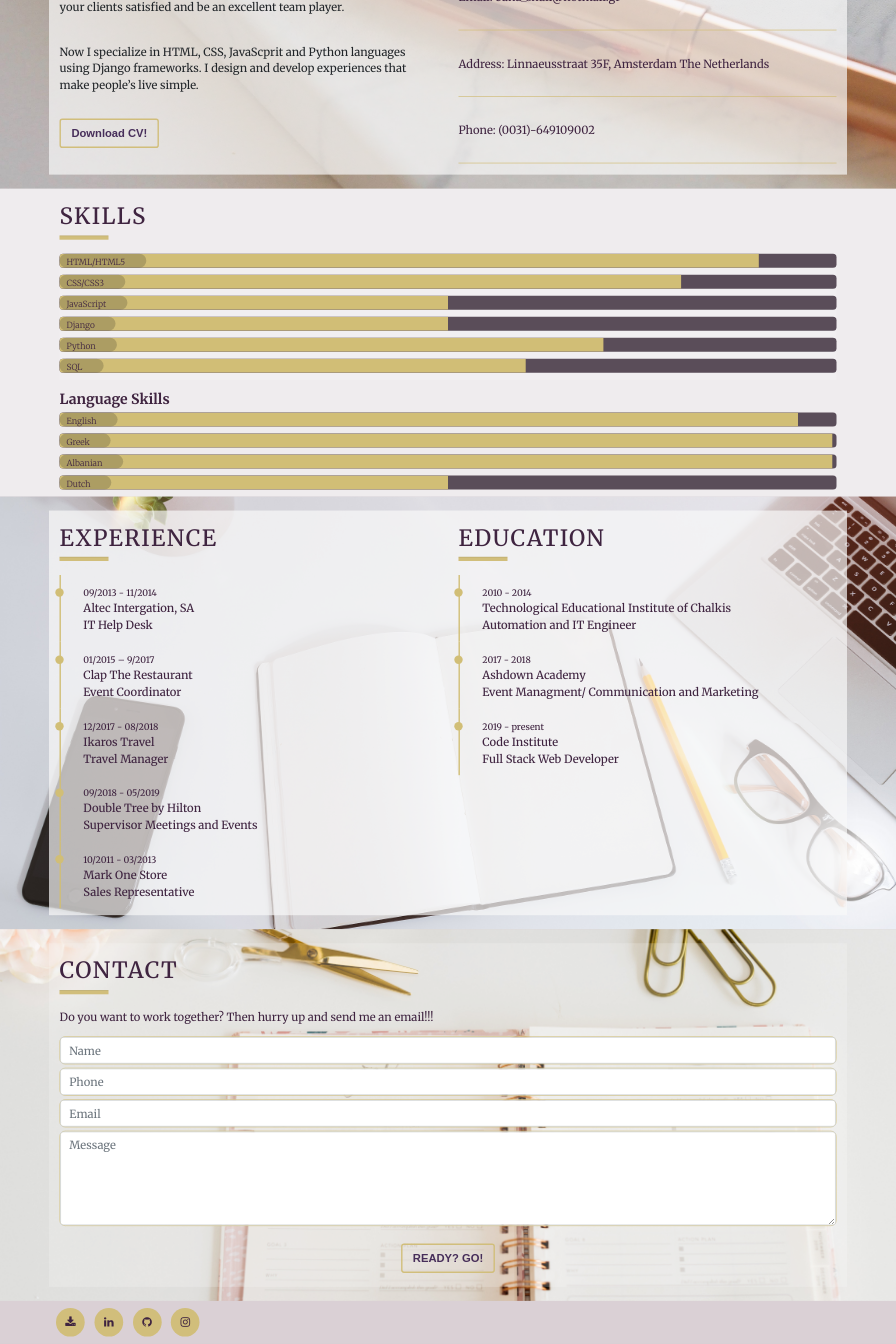
Repository: edshuli/Portfolio
Page: index.html
The author's editor kept a record of every edit. The page is drawn from the files as they stood at one moment, then again after the next edit.
The browser window is 1280 px wide. The pictures show the part of the page from y = 968 to 2888 px (the page is 2888 px tall before and 2792 px after), at 70% of full size.
Backgrounds fixed to the window are drawn as part of the page. Some web fonts or font styles are not loaded; a fallback is used.

Above is the page before.

### index.html
<!DOCTYPE html>
<html lang="en">

<head>
    <meta charset="UTF-8">
    <meta name="viewport" content="width=device-width, initial-scale=1.0">
    <meta http-equiv="X-UA-Compatible" content="ie=edge">
    <link rel="stylesheet" href="https://stackpath.bootstrapcdn.com/bootstrap/4.3.1/css/bootstrap.min.css" type="text/css" />
    <link rel="stylesheet" href="https://maxcdn.bootstrapcdn.com/font-awesome/4.7.0/css/font-awesome.min.css" type="text/css" />
    <link rel="stylesheet" href="https://cdnjs.cloudflare.com/ajax/libs/hover.css/2.3.1/css/hover-min.css" type="text/css" />
    <link rel="stylesheet" href="assets/css/style.css" type="text/css" />
    <title>Edna Shuli - Full Stack Web Developer</title>
</head>

<body>
    <!-- NAVBAR -->
    <div class="container-fluid navbar-menu">
        <div class="row">
            <div class="col-12">
                <nav class="navbar navbar-expand-sm fixed-top navbar-light ">
                    <a href="index.html" class="navbar-brand">Ed.Sh</a>
                    <button class="navbar-toggler" type="button" data-toggle="collapse" data-target="#menuDropdown" aria-controls="menuDropdown" aria-expanded="false" aria-label="Toggle navigation">
           <span class="navbar-toggler-icon"></span>
       </button>

                    <div id="menuDropdown" class="navbar-collapse collapse">
                        <ul class="navbar-nav mr-auto">
                            <li><a class="nav-link text-uppercase" href="#about">about</a></li>
                            <li><a class="nav-link text-uppercase" href="#skills">skills</a></li>
                            <li><a class="nav-link text-uppercase" href="#experience">experience</a></li>
                            <li><a class="nav-link text-uppercase" href="#contact">contact</a></li>
                            <li><a class="nav-link text-uppercase" target="_blank" href="assets/cv/Edna-Shuli-Curriculum-Vitae.pdf">cv</a></li>
                        </ul>
                    </div>
            </div>
        </div>
        </nav>
    </div>

    <!-- HOMEPAGE/JUMBOTRON -->

    <div class="container-fluid homepage-container ">
        <div class="row">
            <div class="col">
                <div class="jumbotron ">
                    <h1 class="header">Hi! I'm </br><span class="name">
            Edna Shuli</span></h1>
                    <p class="title">Full Stack Web Developer</p>
                </div>
            </div>
        </div>
    </div>



    <!-- ABOUT -->

    <section class="aboutme" id="about">
        <div class="container aboutme-container">
            <div class="row">
                <div class="col-md-6 about-container">
                    <h2 class="text-uppercase">About</h2>
                    <hr class="title-divider">
                    <div class="aboutitem">
                        <p>Hello there! I am Edna Shuli, currently studying Full Stack Web Development at Code Institute. My passion for IT and my desire to work in a field where I can combine both IT and creativity lead me this position. During the past
                            years I have done a lot of different jobs and from which one of them I learned something new such as how to deal with customers, how to be proactive, keep up with deadlines, keep your clients satisfied and be an excellent team
                            player.
                        </p>
                        </br>
                        <p>Now I specialize in HTML, CSS, JavaScprit and Python languages using Django frameworks. I design and develop experiences that make people’s live simple.

                        </p>
                    </div>
                    <a href="assets/cv/Edna-Shuli-Curriculum-Vitae.pdf" download><button class="btn" >Download CV!</button></a>
                </div>
                <div class="col-md-6 personalinfo-container">
                    <div class="personal-info">
                        <h2 class="uppercase">Personal Info</h2>
                        <hr class="title-divider">
                        <ul>
                            <li>Name: Edna Shuli</li>
                            <li>Email: <a href="mailto:edna_shhuli@hotmail.gr">edna_shuli@hotmail.gr</a></li>
                            <li>Address: Linnaeusstraat 35F, Amsterdam The Netherlands</li>
                            <li>Phone: (0031)-649109002</li>
                        </ul>
                    </div>
                </div>
            </div>
        </div>
    </section>



    <!-- Skills -->

    <section class="skills" id="skills">
        <div class="container skills-container">
            <div class="row">
                <div class="col">
                    <h2 class="text-uppercase">Skills</h2>
                    <hr class="title-divider">
                </div>
            </div>
            <div class="skills-item-container">
                <div class="row ">
                    <div class="col">
                        <div class="progress">
                            <div class="progress-bar" role="progressbar" aria-valuenow="90" aria-valuemin="0" aria-valuemax="100" style="width:90%">
                                <span class="sr-only">90% complete</span>
                            </div>
                            <span class="progress-item">HTML/HTML5</span>
                        </div>

                        <div class="progress">
                            <div class="progress-bar" role="progressbar" aria-valuenow="80" aria-valuemin="0" aria-valuemax="100" style="width:80%">
                                <span class="sr-only">80% complete</span>
                            </div>
                            <span class="progress-item">CSS/CSS3</span>
                        </div>

                        <div class="progress">
                            <div class="progress-bar" role="progressbar" aria-valuenow="50" aria-valuemin="0" aria-valuemax="100" style="width:50%">
                                <span class="sr-only">50% complete</span>
                            </div>
                            <span class="progress-item">JavaScript</span>
                        </div>

                        <div class="progress">
                            <div class="progress-bar" role="progressbar" aria-valuenow="50" aria-valuemin="0" aria-valuemax="100" style="width:50%">
                                <span class="sr-only">50% complete</span>
                            </div>
                            <span class="progress-item">Django</span>
                        </div>

                        <div class="progress">
                            <div class="progress-bar" role="progressbar" aria-valuenow="70" aria-valuemin="0" aria-valuemax="100" style="width:70%">
                                <span class="sr-only">70% complete</span>
                            </div>
                            <span class="progress-item">Python</span>
                        </div>

                        <div class="progress">
                            <div class="progress-bar" role="progressbar" aria-valuenow="60" aria-valuemin="0" aria-valuemax="100" style="width:60%">
                                <span class="sr-only">60% complete</span>
                            </div>
                            <span class="progress-item">SQL</span>
                        </div>
                    </div>
                </div>
            </div>
            <div class="language-container">
                <div class="row">
                    <div class="col">
                        <h3>Language Skills</h3>
                        <div class="progress">
                            <div class="progress-bar" role="progressbar" aria-valuenow="95" aria-valuemin="0" aria-valuemax="100" style="width:95%">
                                <span class="sr-only">95% complete</span>
                            </div>
                            <span class="progress-item">English</span>
                        </div>
                        <div class="progress">
                            <div class="progress-bar" role="progressbar" aria-valuenow="99.5" aria-valuemin="0" aria-valuemax="100" style="width:99.5%">
                                <span class="sr-only">99.5% complete</span>
                            </div>
                            <span class="progress-item">Greek</span>
                        </div>

                        <div class="progress">
                            <div class="progress-bar" role="progressbar" aria-valuenow="99.5" aria-valuemin="0" aria-valuemax="100" style="width:99.5%">
                                <span class="sr-only">99.5% complete</span>
                            </div>
                            <span class="progress-item">Albanian</span>
                        </div>

                        <div class="progress">
                            <div class="progress-bar" role="progressbar" aria-valuenow="50" aria-valuemin="0" aria-valuemax="100" style="width:50%">
                                <span class="sr-only">50% complete</span>
                            </div>
                            <span class="progress-item">Dutch</span>
                        </div>
                    </div>
                </div>
            </div>
        </div>
    </section>



    <!-- Experience/Education -->

    <section class="info" id="experience">
        <div class="container container-info">
            <div class="row">
                <div class="col-md-6 experience-container">
                    <h2 class="text-uppercase history-heading">Experience</h2>
                    <hr class="title-divider">
                    <div class="history-items">

                        <div class="timeline-item" data-dates="09/2013 - 11/2014">
                            <h7>Altec Intergation, SA</h7>
                            <p>IT Help Desk</p>
                        </div>
                        <div class="timeline-item" data-dates="01/2015 – 9/2017">
                            <h7>Clap The Restaurant</h7>
                            <p>Event Coordinator</p>
                        </div>
                        <div class="timeline-item" data-dates="12/2017 - 08/2018">
                            <h7>Ikaros Travel</h7>
                            <p>Travel Manager</p>
                        </div>
                        <div class="timeline-item" data-dates="09/2018  - 05/2019">
                            <h7>Double Tree by Hilton</h7>
                            <p>Supervisor Meetings and Events</p>
                        </div>
                        <div class="timeline-item" data-dates="10/2011 - 03/2013">
                            <h7>Mark One Store</h7>
                            <p>Sales Representative</p>
                        </div>
                    </div>
                </div>
                <div class="col-md-6 education-container">
                    <h2 class="text-uppercase edu-heading">Education</h2>
                    <hr class="title-divider">
                    <div class="edu-history">
                        <div class="timeline-item" data-dates="2010 - 2014">
                            <h7>Technological Educational Institute of Chalkis </h7>
                            <p>Automation and IT Engineer</p>
                        </div>
                        <div class="timeline-item" data-dates="2017 - 2018">
                            <h7>Ashdown Academy</h7>
                            <p>Event Managment/ Communication and Marketing</p>
                        </div>
                        <div class="timeline-item" data-dates="2019 - present">
                            <h7>Code Institute</h7>
                            <p>Full Stack Web Developer</p>
                        </div>
                    </div>
                </div>
            </div>
        </div>
    </section>



    <!-- Contact -->

    <section class="contact" id="contact">
        <div class="container contact-container ">
            <div class="row contact-form">
                <div class="col position-contact">
                    <h2 class="text-uppercase">Contact</h2>
                    <hr class="title-divider">
                    <p class="contact-text">Do you want to work together? Then hurry up and send me an email!!!</p>
                    <div class="center-form">
                        <form>
                            <div class="contact-item">
                                <input type="text" name="name" id="fullname" class="form-control" placeholder="Name" required/>
                            </div>
                            <div class="contact-item">
                                <input type="text" name="phone" id="phonenumber" class="form-control" placeholder="Phone" required />
                            </div>
                            <div class="contact-item">
                                <input type="email" name="email" id="emailaddress" class="form-control" placeholder="Email" required/>
                            </div>
                            <div class="contact-item">
                                <textarea rows="5" name="projectsummary" id="projectsummary" class="form-control" placeholder="Message" required></textarea>
                            </div>
                            <div class="row text-center">
                                <div class="col">
                                    <button class="btn">READY? GO!</button>
                                </div>
                            </div>
                        </form>
                    </div>
                </div>
            </div>
        </div>
    </section>
    <!-- FOOTER -->

    <footer>
        <div class="container footer-container">
            <div class="row">
                <div class="col-xs-12 icons">
                    <a href="assets/cv/Edna-Shuli-Curriculum-Vitae.pdf" download><i class="fa fa-download" aria-hidden="true"></i></a>
                    <a href="https://linkedin.com/in/edna-shuli-49142888" target="_blank"><i class="fa fa-linkedin" aria-hidden="true"></i></a>
                    <a href="https://github.com/edshuli" target="_blank"><i class="fa fa-github" aria-hidden="true"></i></a>
                    <a href="https://www.instagram.com/dido_edna/?hl=el" target="_blank"><i class="fa fa-instagram" aria-hidden="true"></i></a>
                </div>
            </div>
        </div>
    </footer>

    <script src="https://code.jquery.com/jquery-3.3.1.slim.min.js" integrity="sha384-q8i/X+965DzO0rT7abK41JStQIAqVgRVzpbzo5smXKp4YfRvH+8abtTE1Pi6jizo" crossorigin="anonymous"></script>
    <script src="https://cdnjs.cloudflare.com/ajax/libs/popper.js/1.14.7/umd/popper.min.js" integrity="sha384-UO2eT0CpHqdSJQ6hJty5KVphtPhzWj9WO1clHTMGa3JDZwrnQq4sF86dIHNDz0W1" crossorigin="anonymous"></script>
    <script src="https://stackpath.bootstrapcdn.com/bootstrap/4.3.1/js/bootstrap.min.js" integrity="sha384-JjSmVgyd0p3pXB1rRibZUAYoIIy6OrQ6VrjIEaFf/nJGzIxFDsf4x0xIM+B07jRM" crossorigin="anonymous"></script>
</body>


</html>

Loaded but not shown: assets/css/style.css (457 lines, source omitted)

After the next edit:
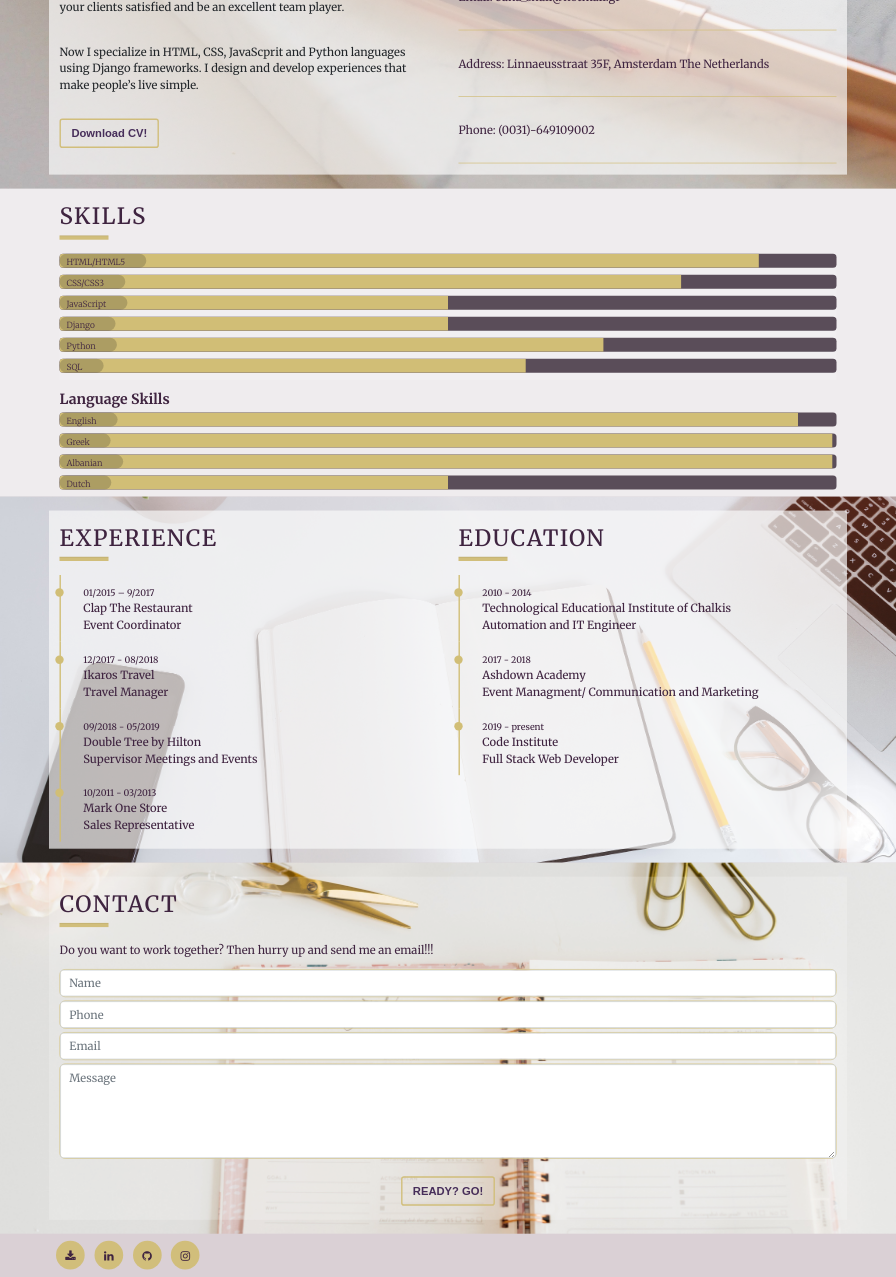
The edit:
--- a/index.html
+++ b/index.html
@@ -196,10 +196,7 @@
                     <hr class="title-divider">
                     <div class="history-items">
 
-                        <div class="timeline-item" data-dates="09/2013 - 11/2014">
-                            <h7>Altec Intergation, SA</h7>
-                            <p>IT Help Desk</p>
-                        </div>
+
                         <div class="timeline-item" data-dates="01/2015 – 9/2017">
                             <h7>Clap The Restaurant</h7>
                             <p>Event Coordinator</p>

After the edit that followed:
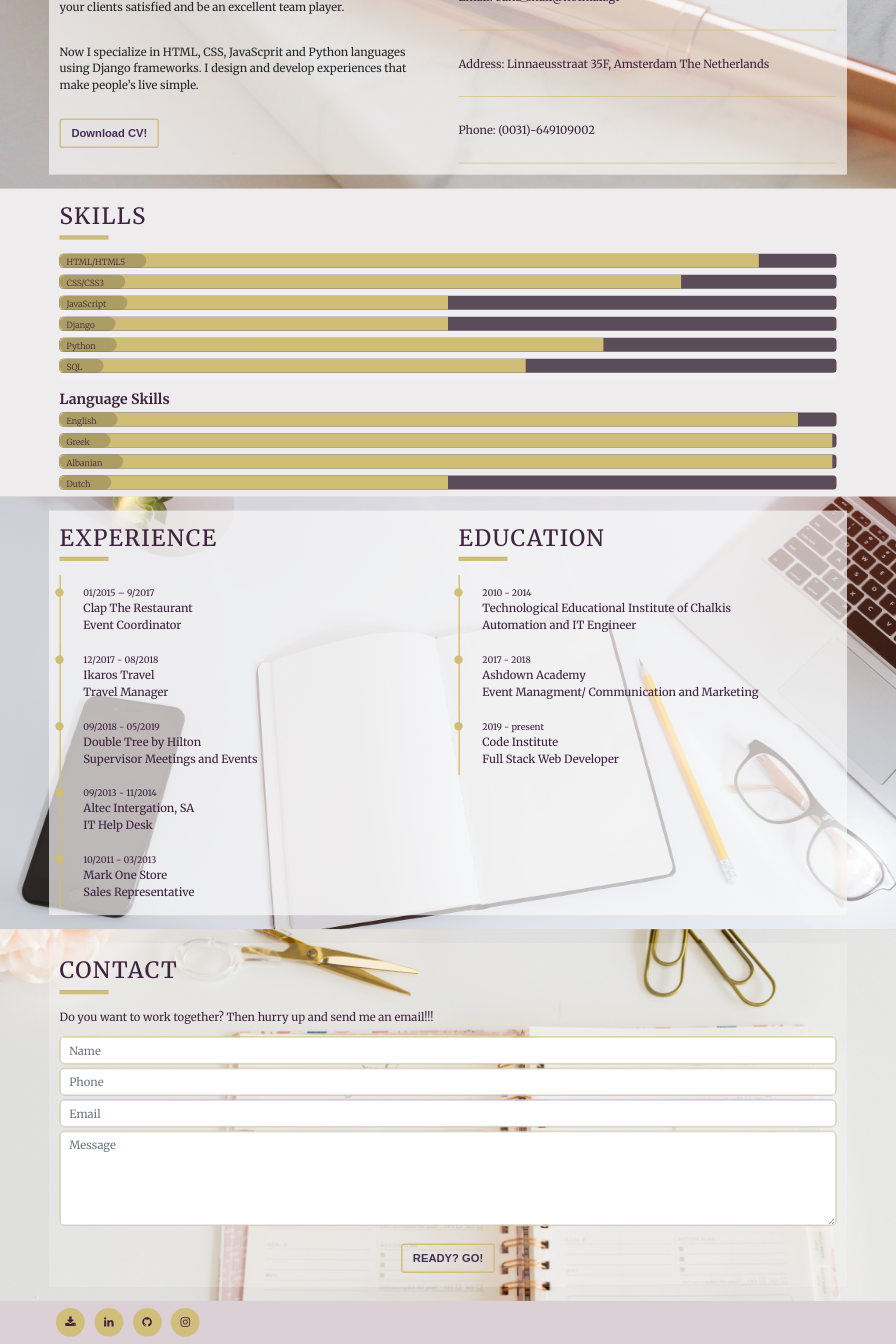
The edit:
--- a/index.html
+++ b/index.html
@@ -209,6 +209,10 @@
                             <h7>Double Tree by Hilton</h7>
                             <p>Supervisor Meetings and Events</p>
                         </div>
+                        <div class="timeline-item" data-dates="09/2013 - 11/2014">
+                            <h7>Altec Intergation, SA</h7>
+                            <p>IT Help Desk</p>
+                        </div>
                         <div class="timeline-item" data-dates="10/2011 - 03/2013">
                             <h7>Mark One Store</h7>
                             <p>Sales Representative</p>
